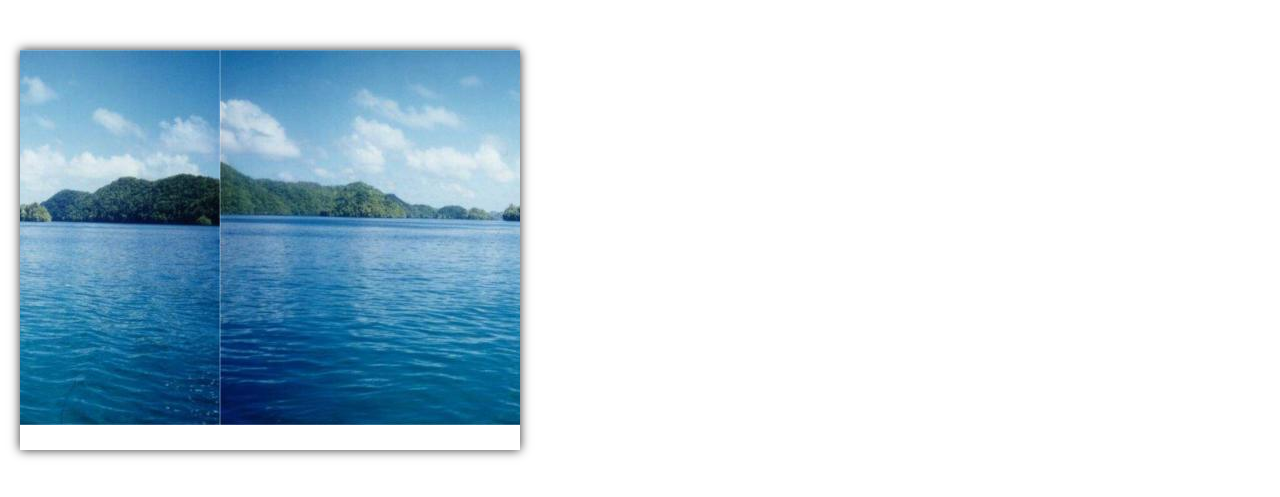
Repository: fangYiYuan/javascript-
Page: canvas/8.水平全景滚动.html
The author's editor kept a copy of each file at every save. The page is drawn from the files as they stood at one save, then again after the next save.
The browser window is 1280 px wide. The pictures show the whole page.

Above is the page before, as saved 2020-04-14 16:20:42.

After the next save:
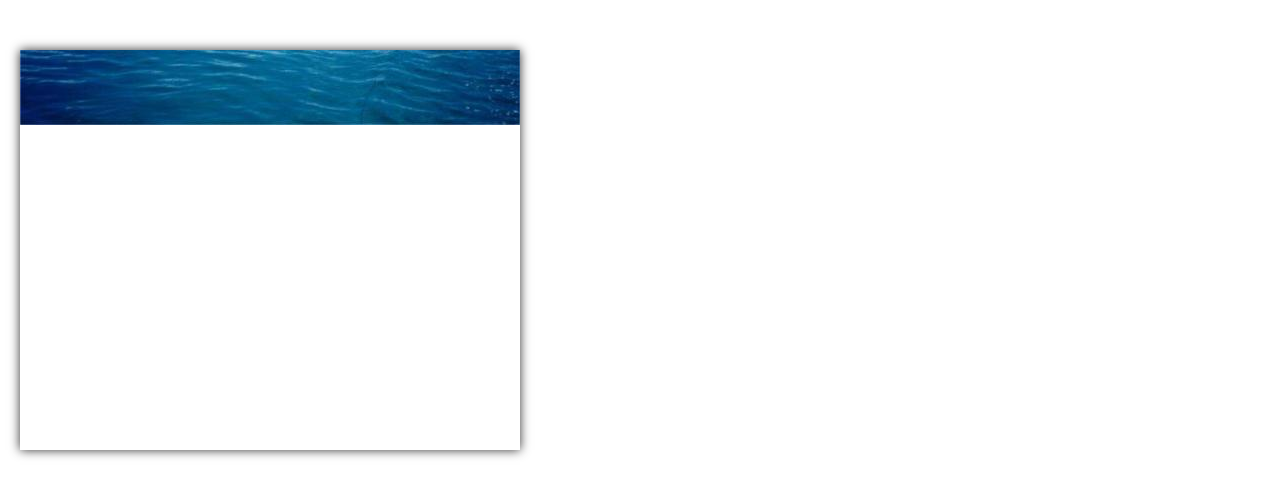
Saved 75 s later.
--- a/canvas/8.水平全景滚动.html
+++ b/canvas/8.水平全景滚动.html
@@ -27,7 +27,7 @@
   let x = 0
   function bgMove () {
     con.save()
-    con.translate(-x, 0)
+    con.translate(0, -x)
     con.clearRect(0, 0, draw.width, draw.height)
     con.drawImage(img, 0, 0)
     con.drawImage(img, draw.width, 0)
